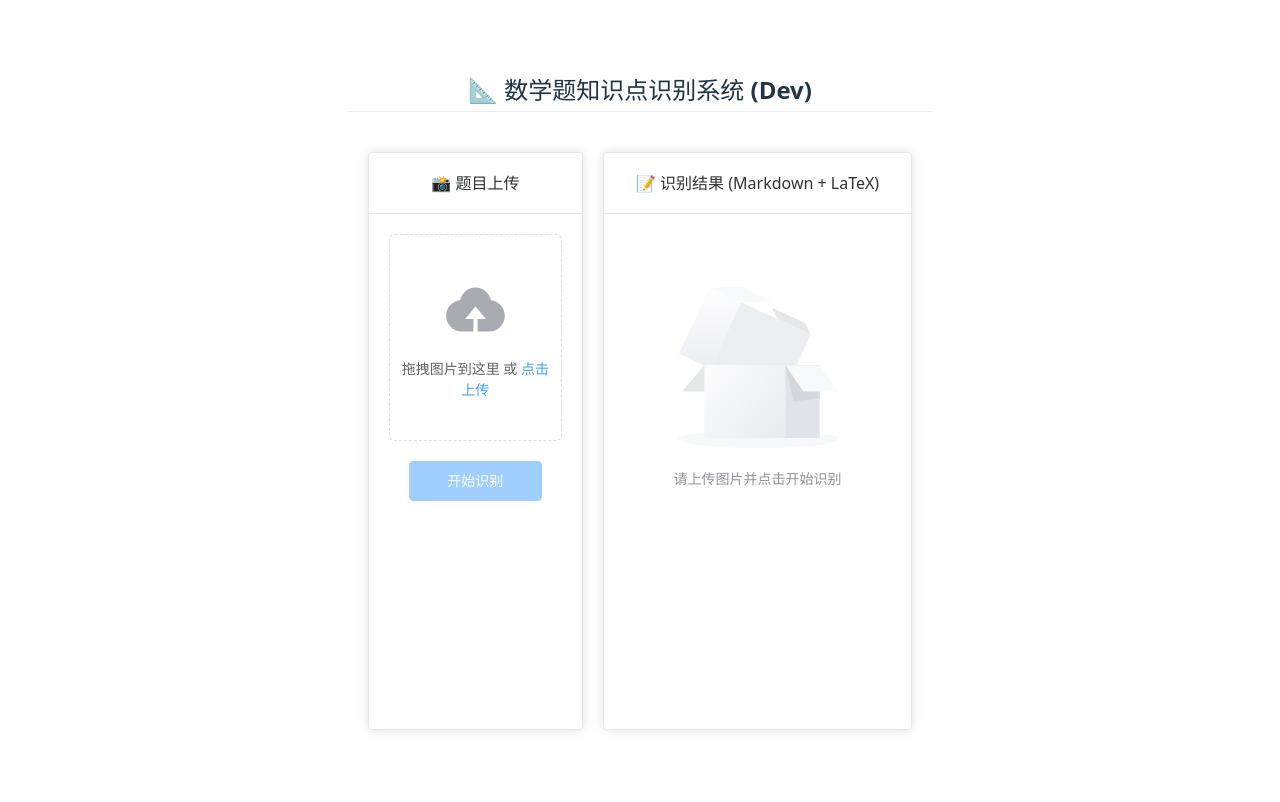
Repository: wwending/math_knowledge_system
Page: / (app in frontend/)
These files come from the project's save history. The page is drawn as it stood at one moment and after the next save; the edit follows.
The browser window is 1280 px wide. The pictures show the whole page.
The project was rebuilt for these pictures with package versions that can differ from the ones it lists, and the page was loaded fresh each time. Also part of the build but not shown: frontend/vite.config.js.

Above is the page before, as saved 2025-12-30 10:44:04.

### frontend/src/main.js
import { createApp } from 'vue'
import './style.css'
import App from './App.vue'

// --- 引入 Element Plus ---
import ElementPlus from 'element-plus'
import 'element-plus/dist/index.css'

const app = createApp(App)

// 注册 Element Plus
app.use(ElementPlus)

app.mount('#app')

### frontend/src/App.vue
<template>
  <div class="app-container">
    <el-container>
      <el-header class="header">
        <h2>📐 数学题知识点识别系统 (Dev)</h2>
      </el-header>

      <el-main>
        <el-row :gutter="20">
          <el-col :span="10">
            <el-card class="upload-card">
              <template #header>
                <div class="card-header">
                  <span>📸 题目上传</span>
                </div>
              </template>

              <el-upload
                class="upload-demo"
                drag
                action="#"
                :auto-upload="false"
                :on-change="handleFileChange"
                :show-file-list="false"
              >
                <el-icon class="el-icon--upload"><upload-filled /></el-icon>
                <div class="el-upload__text">
                  拖拽图片到这里 或 <em>点击上传</em>
                </div>
              </el-upload>

              <div v-if="previewUrl" class="image-preview">
                <img :src="previewUrl" alt="题目预览" />
              </div>

              <div class="action-area">
                <el-button
                  type="primary"
                  size="large"
                  :loading="loading"
                  @click="startRecognition"
                  :disabled="!selectedFile"
                  style="width: 100%;"
                >
                  {{ loading ? '正在 AI 识别中...' : '开始识别' }}
                </el-button>
              </div>
            </el-card>
          </el-col>

          <el-col :span="14">
            <el-card class="result-card">
              <template #header>
                <div class="card-header">
                  <span>📝 识别结果 (Markdown + LaTeX)</span>
                  <el-tag v-if="costTime" type="success" size="small">耗时: {{ costTime }}s</el-tag>
                </div>
              </template>

              <div v-if="ocrResult" class="result-content">
                <div v-html="renderedContent" class="markdown-body"></div>
              </div>
              <el-empty v-else description="请上传图片并点击开始识别" />

              <el-collapse v-if="ocrResult" style="margin-top: 20px;">
                <el-collapse-item title="查看原始 Markdown 代码" name="1">
                  <pre class="raw-code">{{ ocrResult }}</pre>
                </el-collapse-item>
              </el-collapse>
            </el-card>
          </el-col>
        </el-row>
      </el-main>
    </el-container>
  </div>
</template>

<script setup>
import { ref, computed } from 'vue'
import { UploadFilled } from '@element-plus/icons-vue'
import axios from 'axios'
import katex from 'katex'
// 引入 katex 的样式，否则公式会乱码
import 'katex/dist/katex.min.css'

// 状态变量
const selectedFile = ref(null)
const previewUrl = ref('')
const loading = ref(false)
const ocrResult = ref('')
const costTime = ref(null)

// 处理文件选择
const handleFileChange = (uploadFile) => {
  selectedFile.value = uploadFile.raw
  previewUrl.value = URL.createObjectURL(uploadFile.raw)
  ocrResult.value = '' // 清空旧结果
  costTime.value = null
}

// 核心：调用后端 API
const startRecognition = async () => {
  if (!selectedFile.value) return

  loading.value = true
  const formData = new FormData()
  formData.append('file', selectedFile.value)

  try {
    // 发送请求到 FastAPI 后端 (确保后端端口是 8000)
    const response = await axios.post('http://127.0.0.1:8000/api/v1/recognize', formData)

    if (response.data.success) {
      ocrResult.value = response.data.content
      costTime.value = response.data.cost_seconds
    } else {
      ocrResult.value = `❌ 识别失败: ${response.data.error}`
    }
  } catch (error) {
    console.error(error)
    ocrResult.value = "❌ 网络错误: 请检查后端服务器(port 8000)是否启动？"
  } finally {
    loading.value = false
  }
}

// LaTeX 渲染逻辑
const renderedContent = computed(() => {
  if (!ocrResult.value) return ''

  let text = ocrResult.value

  // 1. 简单换行处理
  text = text.replace(/\n/g, '<br>')

  // 2. 渲染公式：这里处理 $...$ 和 $$...$$
  // 注意：这是演示用的简单正则，生产环境建议用 markdown-it-texmath
  try {
     // 替换 $...$
     text = text.replace(/\$([^$]+)\$/g, (match, formula) => {
       try {
         return katex.renderToString(formula, { throwOnError: false })
       } catch (e) {
         return match
       }
     })
  } catch (e) {
    console.error("渲染出错", e)
  }

  return text
})
</script>

<style scoped>
.app-container {
  max-width: 1400px; /* 宽一点 */
  margin: 0 auto;
  padding: 20px;
}
.header {
  text-align: center;
  margin-bottom: 20px;
  border-bottom: 1px solid #eee;
}
.upload-card, .result-card {
  height: 80vh; /* 占屏幕高度的 80% */
  overflow-y: auto;
  display: flex;
  flex-direction: column;
}
.image-preview img {
  max-width: 100%;
  max-height: 400px;
  margin-top: 20px;
  border: 1px dashed #ccc;
  display: block;
  margin-left: auto;
  margin-right: auto;
}
.action-area {
  margin-top: 20px;
  padding: 0 20px;
}
.result-content {
  font-size: 16px;
  line-height: 1.8;
  color: #333;
  padding: 10px;
}
.raw-code {
  background: #f4f4f4;
  padding: 10px;
  border-radius: 4px;
  font-size: 12px;
  white-space: pre-wrap;
  color: #666;
}
/* 调整 KaTeX 字体大小 */
:deep(.katex) {
  font-size: 1.1em;
}
</style>

Loaded but not shown: frontend/index.html (common file); frontend/src/style.css (common file)

After the next save:
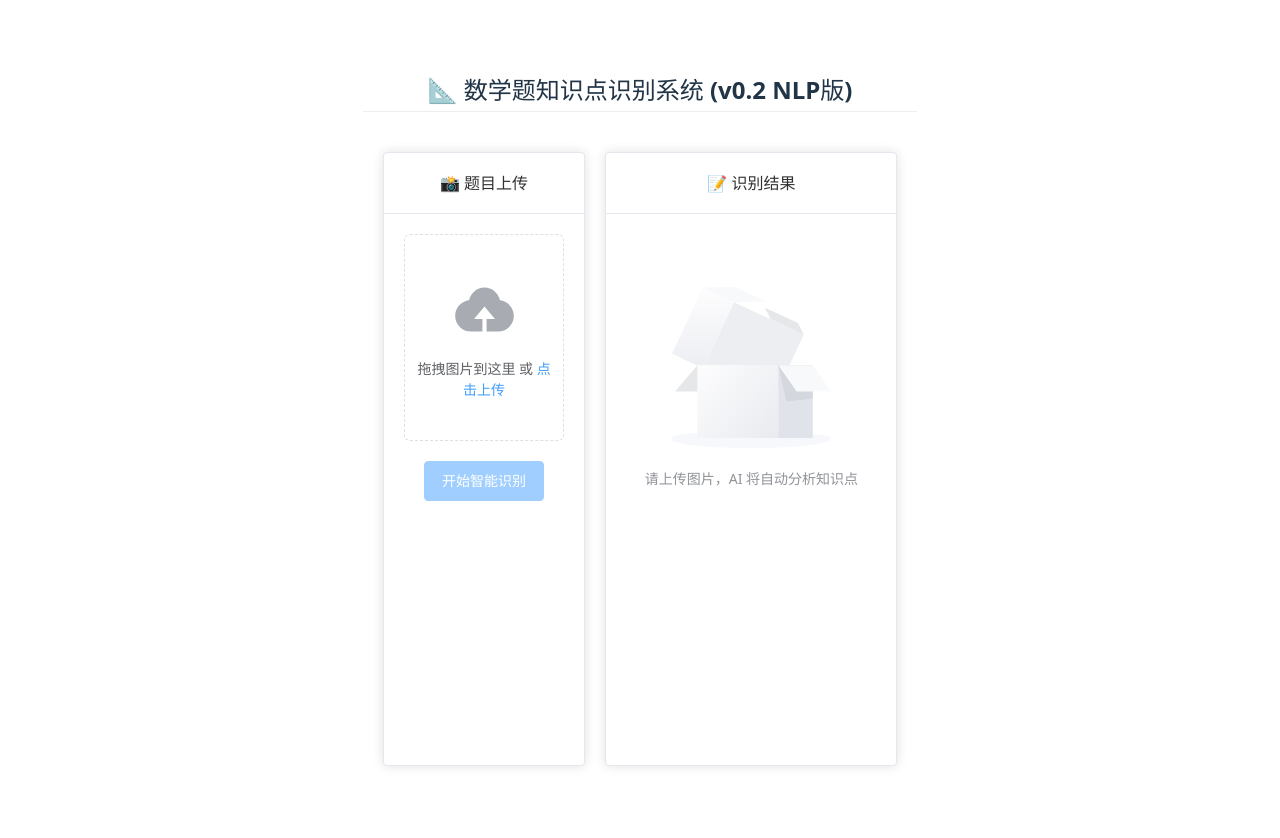
Saved 87 min 28 s later.
--- a/frontend/src/App.vue
+++ b/frontend/src/App.vue
@@ -2,7 +2,7 @@
   <div class="app-container">
     <el-container>
       <el-header class="header">
-        <h2>📐 数学题知识点识别系统 (Dev)</h2>
+        <h2>📐 数学题知识点识别系统 (v0.2 NLP版)</h2>
       </el-header>
 
       <el-main>
@@ -42,7 +42,7 @@
                   :disabled="!selectedFile"
                   style="width: 100%;"
                 >
-                  {{ loading ? '正在 AI 识别中...' : '开始识别' }}
+                  {{ loading ? '正在 AI 分析中 (OCR + NLP)...' : '开始智能识别' }}
                 </el-button>
               </div>
             </el-card>
@@ -52,19 +52,43 @@
             <el-card class="result-card">
               <template #header>
                 <div class="card-header">
-                  <span>📝 识别结果 (Markdown + LaTeX)</span>
-                  <el-tag v-if="costTime" type="success" size="small">耗时: {{ costTime }}s</el-tag>
+                  <span>📝 识别结果</span>
+                  <div class="header-tags">
+                     <el-tag v-if="costTime" type="info" size="small">总耗时: {{ costTime }}s</el-tag>
+                  </div>
                 </div>
               </template>
+
+              <div v-if="knowledgeTags && knowledgeTags.length > 0" class="knowledge-area">
+                <p class="section-title">🧠 AI 知识点预测：</p>
+                <div class="tags-wrapper">
+                  <el-tooltip
+                    v-for="(item, index) in knowledgeTags"
+                    :key="index"
+                    :content="`置信度: ${(item.score * 100).toFixed(1)}%`"
+                    placement="top"
+                  >
+                    <el-tag
+                      :type="index === 0 ? 'success' : 'primary'"
+                      effect="dark"
+                      class="k-tag"
+                      size="large"
+                    >
+                      {{ item.label }}
+                    </el-tag>
+                  </el-tooltip>
+                </div>
+                <el-divider />
+              </div>
 
               <div v-if="ocrResult" class="result-content">
                 <div v-html="renderedContent" class="markdown-body"></div>
               </div>
-              <el-empty v-else description="请上传图片并点击开始识别" />
+              <el-empty v-else description="请上传图片，AI 将自动分析知识点" />
 
               <el-collapse v-if="ocrResult" style="margin-top: 20px;">
-                <el-collapse-item title="查看原始 Markdown 代码" name="1">
-                  <pre class="raw-code">{{ ocrResult }}</pre>
+                <el-collapse-item title="查看原始数据 (JSON)" name="1">
+                  <pre class="raw-code">{{ rawResponse }}</pre>
                 </el-collapse-item>
               </el-collapse>
             </el-card>
@@ -80,7 +104,6 @@ import { ref, computed } from 'vue'
 import { UploadFilled } from '@element-plus/icons-vue'
 import axios from 'axios'
 import katex from 'katex'
-// 引入 katex 的样式，否则公式会乱码
 import 'katex/dist/katex.min.css'
 
 // 状态变量
@@ -88,17 +111,20 @@ const selectedFile = ref(null)
 const previewUrl = ref('')
 const loading = ref(false)
 const ocrResult = ref('')
+const knowledgeTags = ref([]) // 存储知识点
 const costTime = ref(null)
+const rawResponse = ref(null)
 
-// 处理文件选择
 const handleFileChange = (uploadFile) => {
   selectedFile.value = uploadFile.raw
   previewUrl.value = URL.createObjectURL(uploadFile.raw)
-  ocrResult.value = '' // 清空旧结果
+  // 重置状态
+  ocrResult.value = ''
+  knowledgeTags.value = []
   costTime.value = null
+  rawResponse.value = null
 }
 
-// 核心：调用后端 API
 const startRecognition = async () => {
   if (!selectedFile.value) return
 
@@ -107,36 +133,33 @@ const startRecognition = async () => {
   formData.append('file', selectedFile.value)
 
   try {
-    // 发送请求到 FastAPI 后端 (确保后端端口是 8000)
     const response = await axios.post('http://127.0.0.1:8000/api/v1/recognize', formData)
+
+    // 保存原始响应供调试
+    rawResponse.value = response.data
 
     if (response.data.success) {
       ocrResult.value = response.data.content
       costTime.value = response.data.cost_seconds
+      // 获取知识点列表
+      knowledgeTags.value = response.data.knowledge || []
     } else {
       ocrResult.value = `❌ 识别失败: ${response.data.error}`
     }
   } catch (error) {
     console.error(error)
-    ocrResult.value = "❌ 网络错误: 请检查后端服务器(port 8000)是否启动？"
+    ocrResult.value = "❌ 网络错误: 请检查后端服务器是否启动"
   } finally {
     loading.value = false
   }
 }
 
-// LaTeX 渲染逻辑
+// 渲染逻辑 (保持不变)
 const renderedContent = computed(() => {
   if (!ocrResult.value) return ''
-
   let text = ocrResult.value
-
-  // 1. 简单换行处理
   text = text.replace(/\n/g, '<br>')
-
-  // 2. 渲染公式：这里处理 $...$ 和 $$...$$
-  // 注意：这是演示用的简单正则，生产环境建议用 markdown-it-texmath
   try {
-     // 替换 $...$
      text = text.replace(/\$([^$]+)\$/g, (match, formula) => {
        try {
          return katex.renderToString(formula, { throwOnError: false })
@@ -147,57 +170,22 @@ const renderedContent = computed(() => {
   } catch (e) {
     console.error("渲染出错", e)
   }
-
   return text
 })
 </script>
 
 <style scoped>
-.app-container {
-  max-width: 1400px; /* 宽一点 */
-  margin: 0 auto;
-  padding: 20px;
-}
-.header {
-  text-align: center;
-  margin-bottom: 20px;
-  border-bottom: 1px solid #eee;
-}
-.upload-card, .result-card {
-  height: 80vh; /* 占屏幕高度的 80% */
-  overflow-y: auto;
-  display: flex;
-  flex-direction: column;
-}
-.image-preview img {
-  max-width: 100%;
-  max-height: 400px;
-  margin-top: 20px;
-  border: 1px dashed #ccc;
-  display: block;
-  margin-left: auto;
-  margin-right: auto;
-}
-.action-area {
-  margin-top: 20px;
-  padding: 0 20px;
-}
-.result-content {
-  font-size: 16px;
-  line-height: 1.8;
-  color: #333;
-  padding: 10px;
-}
-.raw-code {
-  background: #f4f4f4;
-  padding: 10px;
-  border-radius: 4px;
-  font-size: 12px;
-  white-space: pre-wrap;
-  color: #666;
-}
-/* 调整 KaTeX 字体大小 */
-:deep(.katex) {
-  font-size: 1.1em;
-}
+.app-container { max-width: 1400px; margin: 0 auto; padding: 20px; }
+.header { text-align: center; margin-bottom: 20px; border-bottom: 1px solid #eee; }
+.upload-card, .result-card { height: 85vh; overflow-y: auto; display: flex; flex-direction: column; }
+.image-preview img { max-width: 100%; max-height: 400px; margin-top: 20px; border: 1px dashed #ccc; display: block; margin: 20px auto; }
+.action-area { margin-top: 20px; padding: 0 20px; }
+.result-content { font-size: 16px; line-height: 1.8; color: #333; padding: 10px; }
+.raw-code { background: #f4f4f4; padding: 10px; font-size: 12px; white-space: pre-wrap; color: #666; }
+
+/* 知识点样式 */
+.knowledge-area { background: #f0f9eb; padding: 15px; border-radius: 8px; margin-bottom: 15px; }
+.section-title { font-weight: bold; margin-bottom: 10px; color: #529b2e; }
+.tags-wrapper { display: flex; gap: 10px; flex-wrap: wrap; }
+.k-tag { font-size: 14px; padding: 8px 15px; }
 </style>
